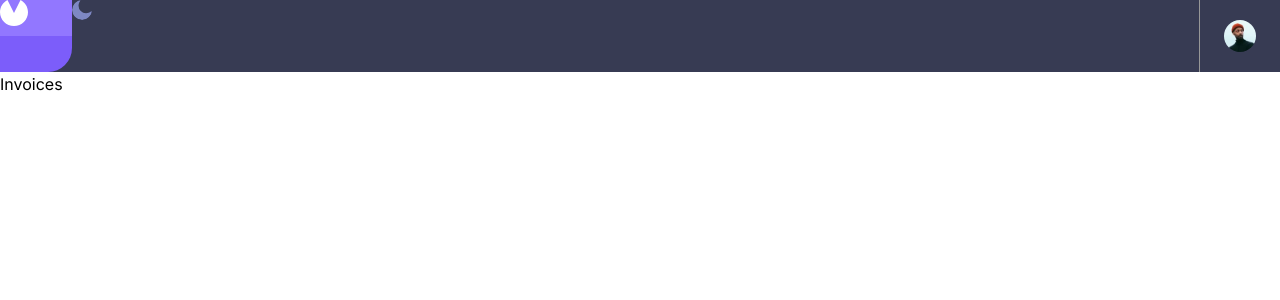
Repository: theoneswhodead/invoice-app
Page: /
An editor plug-in stored every save of this project. The page is shown before and after the next save, followed by the edit.
The browser window is 1280 px wide. The pictures show the whole page.
The project was rebuilt for these pictures with package versions that can differ from the ones it lists, and the page was loaded fresh each time. The framework's server and built-in components were replaced by stand-ins that run in the browser. Also part of the build but not shown: next.config.mjs.

Above is the page before, as saved 2024-08-19 18:02:54.

### app/layout.tsx
import type { Metadata } from "next";
import { Inter } from "next/font/google";
import "./globals.css";

const inter = Inter({ subsets: ["latin"] });

export const metadata: Metadata = {
  title: "Invoice app<",
  description: "Invoice app",
};

export default function RootLayout({
  children,
}: Readonly<{
  children: React.ReactNode;
}>) {
  return (
    <html lang="en">
      <head>
        <link
            rel="icon"
            type="image/png"
            sizes="16x16"
            href="/favicon-32x32.png"
          />
      </head>
      <body className={inter.className}>{children}</body>
    </html>
  );
}

### app/page.tsx
import BarMenu from "./components/BarMenu";
import Invoices from "./components/Invoices";

export default function Home() {
  return (
    <main className="">
      <BarMenu />
      <Invoices />
    </main>
  );
}

### app/globals.css
@import url('https://fonts.googleapis.com/css2?family=League+Spartan:wght@100..900&display=swap');

@tailwind base;
@tailwind components;
@tailwind utilities;

### app/components/BarMenu.tsx
import React from 'react'
import Image from 'next/image'

const BarMenu = () => {
  return (
    <nav className='bg-gray h-[4.5rem] flex justify-between'>
      <div className='flex justify-between '>
        <div className='bg-purple h-[4.5rem] w-[4.5rem] rounded-r-3xl'>

            <Image
                src="/logo.svg"
                width={28}
                height={26}
                alt="Logo"
                className='absolute '
            />
            <div className='bg-light_purple w-[4.5rem] h-[2.25rem]'>

</div>
        </div>
        <div>
            <Image
                src="/icon-moon.svg"
                width={20}
                height={20}
                alt="Theme Mode"
                className='rounded-full'
            />
        </div>
      </div>
      <div className='border-l border-light_gray'>
        <Image
            src="/image-avatar.jpg"
            width={32}
            height={32}
            alt="Avatar"
            className='rounded-full my-[1.25rem] mx-[1.5rem]'
        />
      </div>
    </nav>
  )
}

export default BarMenu

### app/components/Invoices.tsx
import React from 'react'

const Invoices = () => {
  return (
    <div>
      Invoices
    </div>
  )
}

export default Invoices

### tailwind.config.ts
import type { Config } from "tailwindcss";

const config: Config = {
  content: [
    "./pages/**/*.{js,ts,jsx,tsx,mdx}",
    "./components/**/*.{js,ts,jsx,tsx,mdx}",
    "./app/**/*.{js,ts,jsx,tsx,mdx}",
  ],
  darkMode: 'selector',
  theme: {
    extend: {
      colors: {
        "purple": "#7C5DFA",
        "light_purple": "#9277FF",
        "charcoal_blue": "#1E2139",
        "charcoal_gray": "#252945",
        "lavender_blue": "#DFE3FA",
        "cool_gray": "#888EB0",
        "wild_blue_yonder": "#7E88C3",
        "gunmetal": "#0C0E16",
        "coral_red": "#EC5757",
        "periwinkle": "#9277FF",
        "off_white": "#F8F8FB",
        "rich_black": "#141625",
        "gray": "#373B53",
        "light_gray": "#979797"
      },
      fontFamily: {
        Leagie_Spartan: ["League Spartan", "sans-serif"],
      },
      screens: {
        xxs: "280px",
        xs: "375px",
        ss: "580px",
        sm: "768px",
        md: "1060px",
        lg: "1440px",
        xl: "1700px",
      },
    },
  },
  plugins: [],
};
export default config;

After the next save:
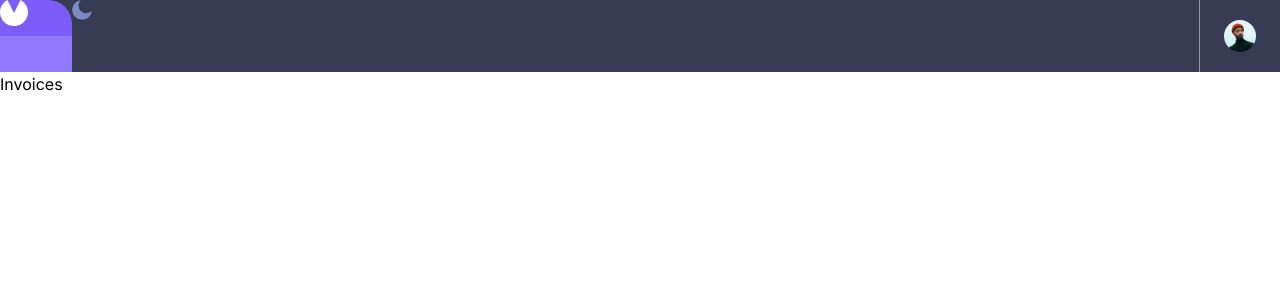
Saved 63 s later.
--- a/app/components/BarMenu.tsx
+++ b/app/components/BarMenu.tsx
@@ -14,7 +14,7 @@ const BarMenu = () => {
                 alt="Logo"
                 className='absolute '
             />
-            <div className='bg-light_purple w-[4.5rem] h-[2.25rem]'>
+            <div className='bg-light_purple w-[4.5rem] h-[2.25rem] mt-[36px]'>
 
 </div>
         </div>
